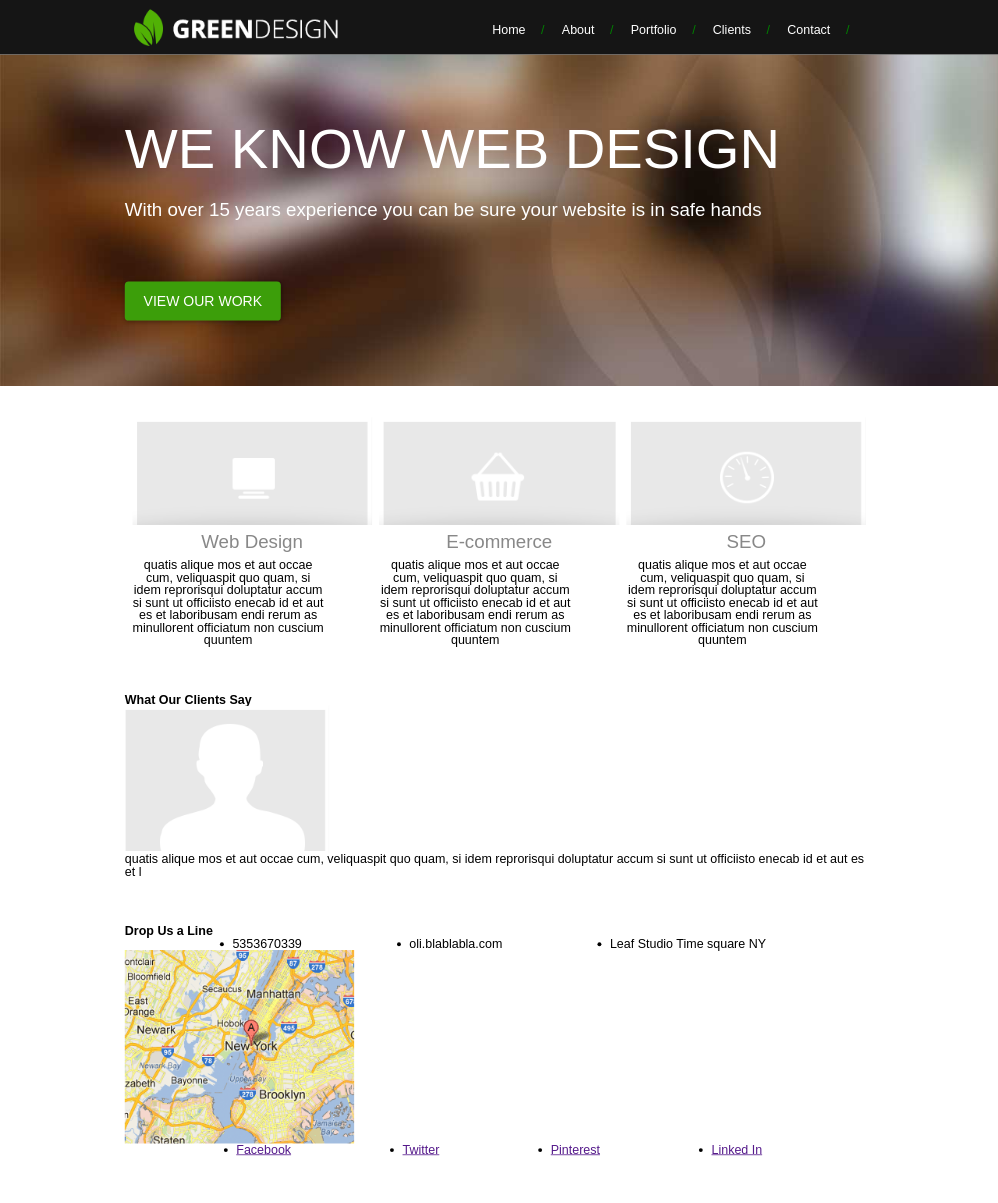
Repository: Piterwk1/psd-to-html
Page: website/index.html
The author's editor kept a copy of each file at every save. The page is drawn from the files as they stood at one save, then again after the next save.
The browser window is 1280 px wide. The pictures show the whole page, at 78% of full size.

Above is the page before, as saved 2021-09-14 21:24:01.

After the next save:
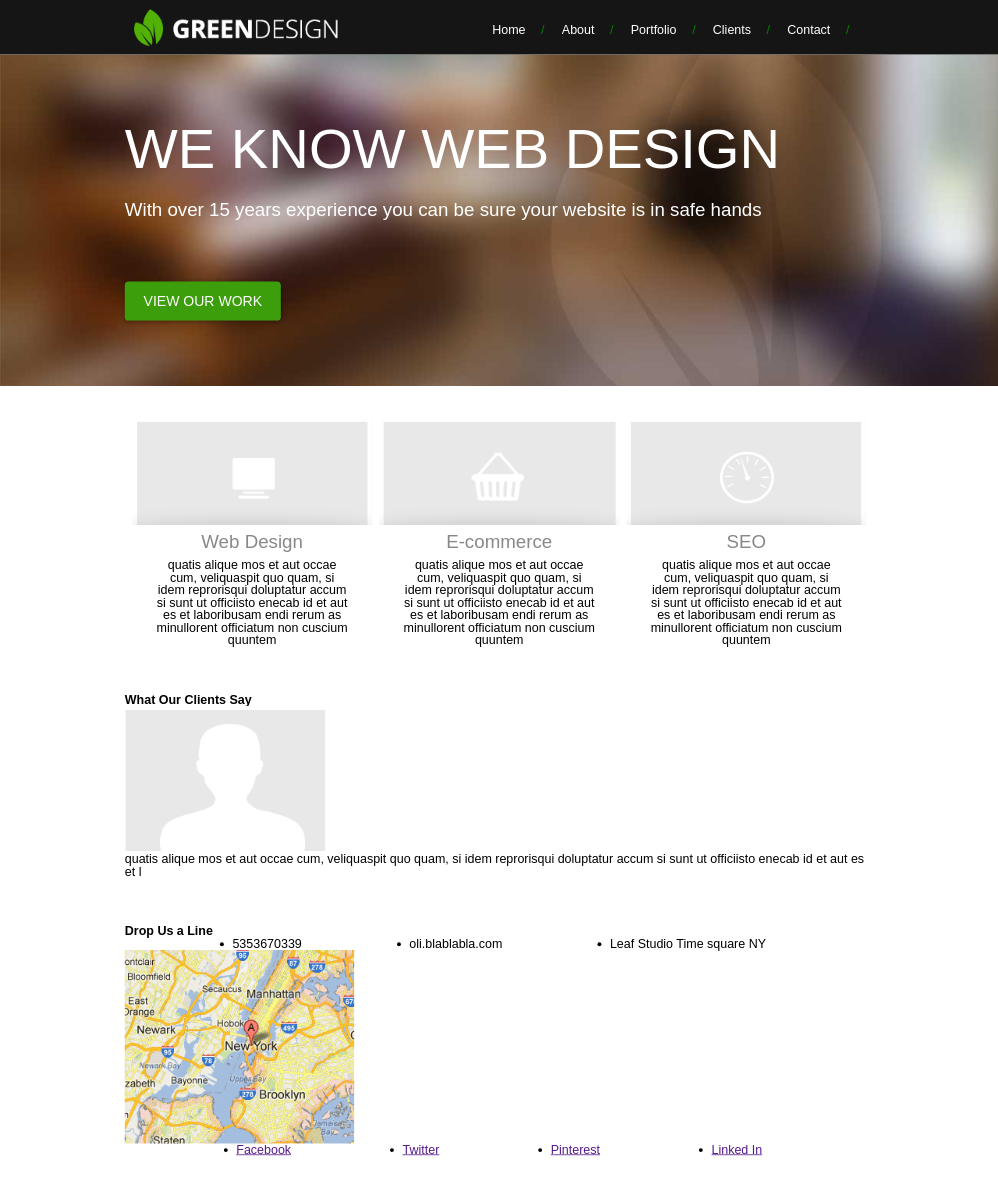
Saved 43 s later.
--- a/website/style.css
+++ b/website/style.css
@@ -316,4 +316,5 @@ section ul {
 #points-of-sale p {
     text-align: center;
     width: 80%;
-}
+    margin: 0 10%;
+}
